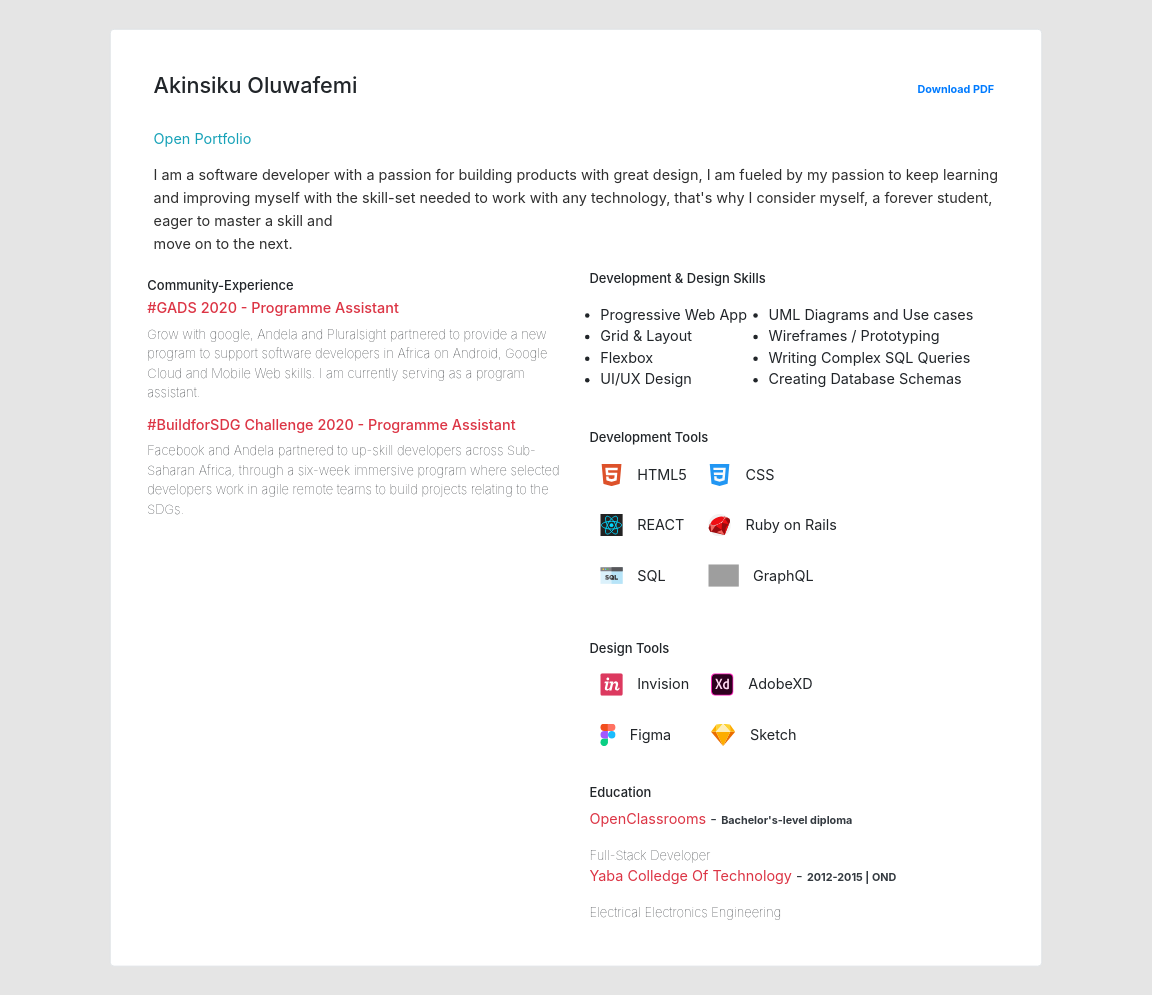
Repository: akinsikuoluwafemi/resume
Page: index.html
The author's editor kept a copy of each file at every save. The page is drawn from the files as they stood at one save, then again after the next save.
The browser window is 1280 px wide. The pictures show the whole page, at 90% of full size.
Pictures or frames that could not be fetched are drawn as grey boxes. The style sheet was rebuilt from its Sass, Less or Tailwind sources for each picture, by a compiler version that may differ from the author's.

Above is the page before, as saved 2020-08-26 19:31:41.

After the next save:
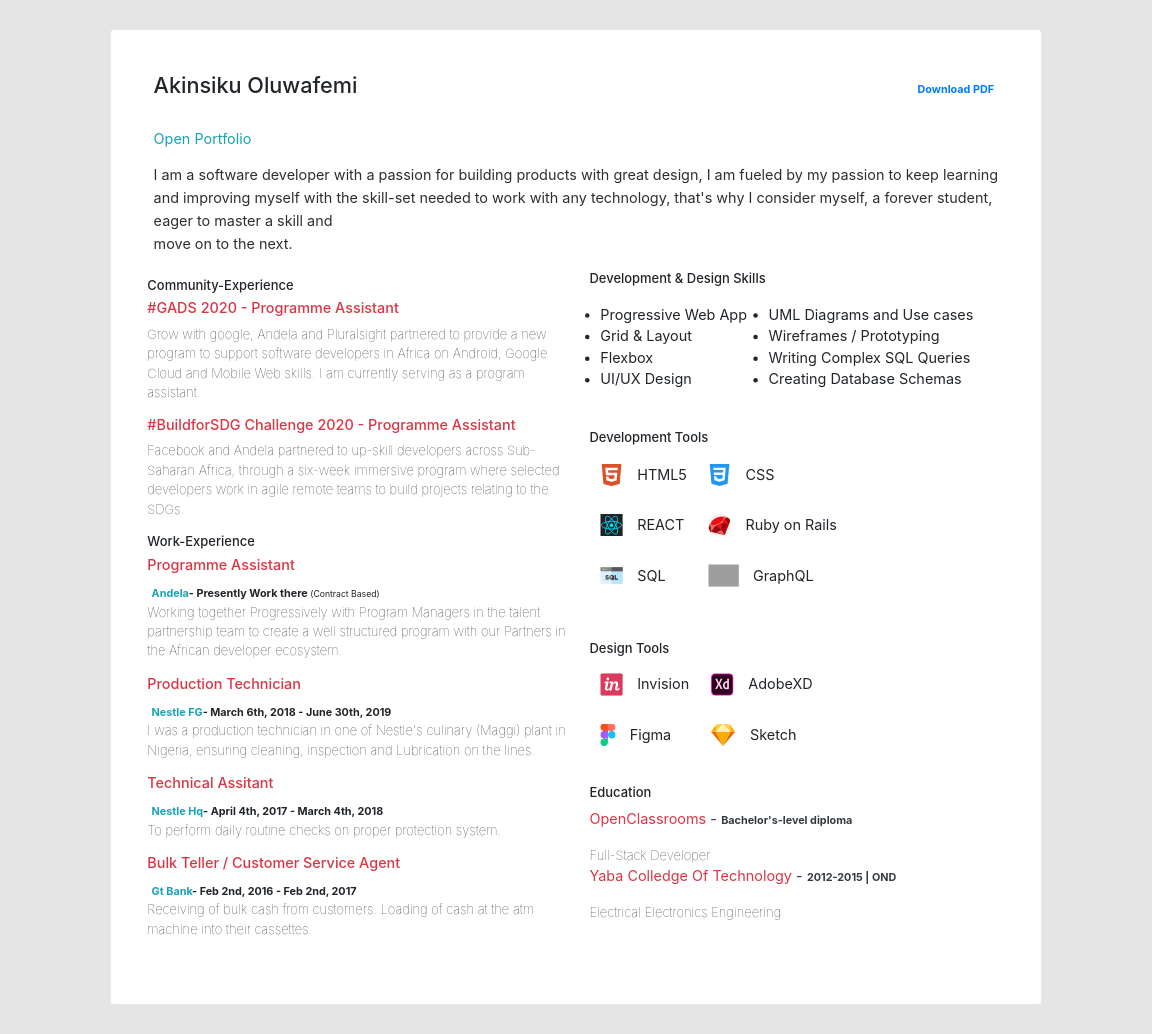
Saved 9 s later.
--- a/index.html
+++ b/index.html
@@ -75,7 +75,39 @@
 
 
 
-
+                    <!-- here -->
+                    <div>
+                        <h5 class="item__header">Work-Experience</h5>
+                        <h6 class="item__job text-danger">Programme Assistant</h6>
+                        <span class="badge"><span class="text-info">Andela</span>- Presently Work there <small>(Contract Based)</small></span>
+                        <p class="item__description">Working together Progressively with Program Managers in the talent partnership team to create a well structured program with our Partners in the
+                        African developer ecosystem.</p>
+
+                    </div>
+                    <div>
+                        <h6 class="item__job text-danger">Production Technician</h6>
+                        <span class="badge"><span class="text-info">Nestle FG</span>- March 6th, 2018 - June 30th, 2019 </span>
+                        <p class="item__description">I was a production technician in one of Nestle's culinary (Maggi)
+                            plant in
+                            Nigeria,
+                            ensuring cleaning, inspection and Lubrication on the lines.</p>
+
+                    </div>
+                    <div>
+                        <h6 class="item__job text-danger">Technical Assitant</h6>
+                        <span class="badge"><span class="text-info">Nestle Hq</span>- April 4th, 2017 - March 4th, 2018</span>
+                        <p class="item__description">To perform daily routine checks on proper protection system.
+                        </p>
+
+                    </div>
+                    <div>
+                        <h6 class="item__job text-danger">Bulk Teller / Customer Service Agent</h6>
+                        <span class="badge"><span class="text-info">Gt Bank</span>- Feb 2nd, 2016 - Feb 2nd, 2017 </span>
+                        <p class="item__description">Receiving of bulk cash from customers.
+                            Loading of cash at the atm machine into their cassettes.
+                            </p>
+
+                    </div>
                     <!-- here2 -->
 
 
